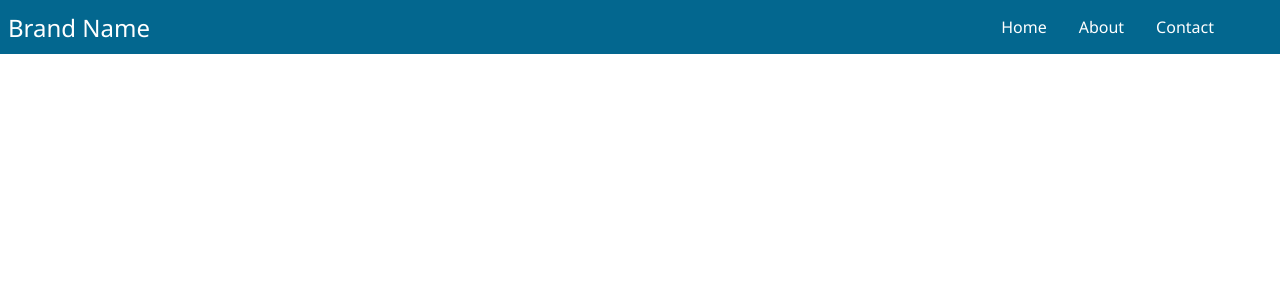
Repository: Jrap-bit/PeriodofSharing
Page: index.html
These files come from the project's save history. The page is drawn as it stood at one moment and after the next save; the edit follows.
The browser window is 1280 px wide. The pictures show the whole page.

Above is the page before, as saved 2022-01-12 21:09:31.

### index.html
<!DOCTYPE html>
<html lang="en">
<head>
    <meta charset="UTF-8">
    <meta http-equiv="X-UA-Compatible" content="IE=edge">
    <meta name="viewport" content="width=device-width, initial-scale=1.0">
    <link rel='stylesheet' href = 'style.css'>
    <title>Women</title>
</head>
<body>
    <nav class="navbar">
        <div class="brand-title">
            Brand Name
        </div>
        <a href="#" class="toggle-button">
            <span class="bar"></span>
            <span class="bar"></span>
            <span class="bar"></span>
        </a>
        <div class="navbar-links">
            <ul>
                <li><a href="#Home">Home</a></li>
                <li><a href="#About">About</a></li>
                <li><a href="#Contact">Contact</a></li>
            </ul>
        </div>
    </nav>
</body>
</html>

### style.css
* {
    box-sizing: border-box;
    font-family: 'Segoe UI', Tahoma, Geneva, Verdana, sans-serif;
}

body {
    margin: 0;
    padding: 0;
}

html{
    scroll-behavior: smooth;
}

.navbar{
    display: flex;
    justify-content: space-between;
    align-items: center;
    background-color: rgb(3, 103, 143);
    color: white;

}

.brand-title{
    font-size: 1.5rem;
    margin: .5rem;

}

.navbar-links ul{
    margin: 0 50px;
    padding: 0;
    display: flex;
}

.navbar-links li {
    list-style: none;

}

.navbar-links li a{
    text-decoration: none;
    color: white;
    padding: 1rem;
    display: block;
}

.navbar-links li:hover{
    background-color: rgb(1, 54, 75);
}

.toggle-button {
    position: absolute;
    top: .75rem;
    right: 1rem;
    display: none;
    flex-direction: column;
    justify-content: space-between;
    width: 30px;
    height: 21px;
}

.toggle-button .bar{
    height: 3px;
    width: 100%;
    background-color: white;
    border-radius: 10px;
}

@media (max-width: 800px) {
    .toggle-button{
        display: flex;
    }
    .navbar-links{
        display: none;
        width: 100%;
    }

    .navbar{
        flex-direction: column;
        align-items: flex-start;
    }

    .navbar-links ul {
        flex-direction: column;
        width: 100%;

    }

    .navbar-links li{
        text-align: center;
    }

    .navbar-links li a{
        padding: 0.5rem 1rem;
    }

    .navbar-links.active{
        display: flex;
    }

    .toggle-button:hover{
        background-color: #666;
    }
}

After the next save:
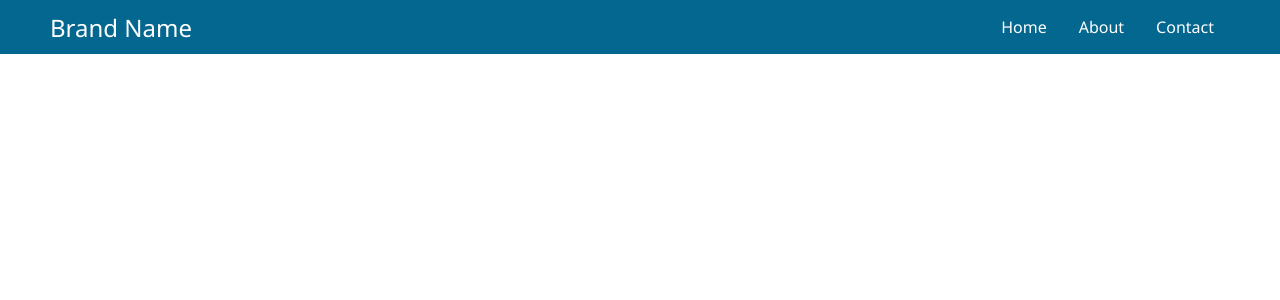
Saved 11 s later.
--- a/style.css
+++ b/style.css
@@ -23,7 +23,7 @@ html{
 
 .brand-title{
     font-size: 1.5rem;
-    margin: .5rem;
+    margin: .5rem 50px;
 
 }
 
